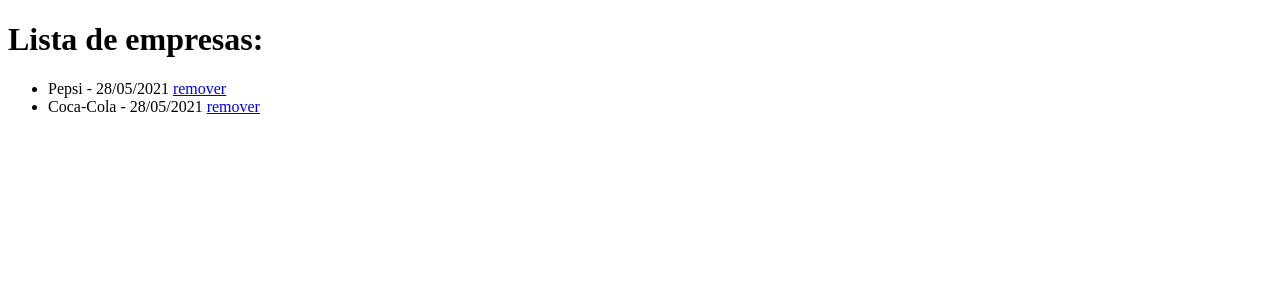
Repository: scaziti/java-spring
Page: http://localhost/gerenciador/listaEmpresas
The author's editor kept a copy of each file at every save. The page is drawn from the files as they stood at one save, then again after the next save.
The browser window is 1280 px wide. The pictures show the whole page.
The page is served by Tomcat 9.

Above is the page before, as saved 2021-06-02 17:26:46.

After the next save:
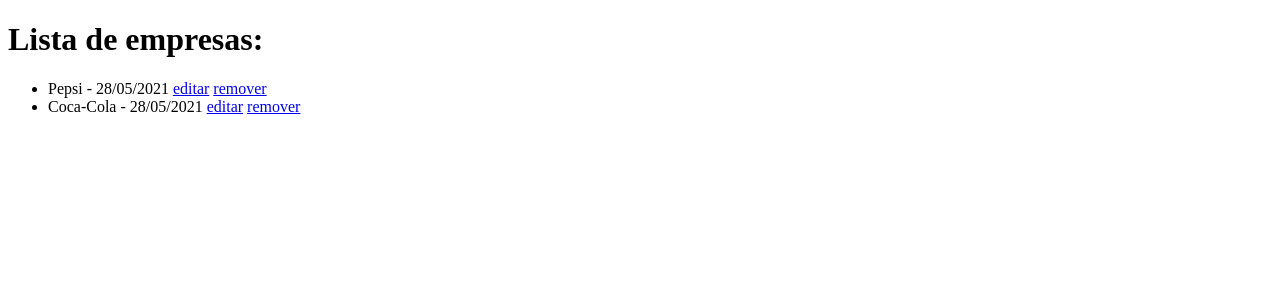
Saved 7 min 5 s later.
--- a/gerenciador/WebContent/listaEmpresas.jsp
+++ b/gerenciador/WebContent/listaEmpresas.jsp
@@ -22,7 +22,9 @@
 
 			<li>
 				${empresa.nome} - <fmt:formatDate	value="${empresa.dataAbertura}" pattern="dd/MM/yyyy" />
+				<a href="/gerenciador/mostraEmpresa?id=${empresa.id}">editar</a>
 				<a href="/gerenciador/removeEmpresa?id=${empresa.id}">remover</a>
+
 			</li>
 		</c:forEach>
 	</ul>
